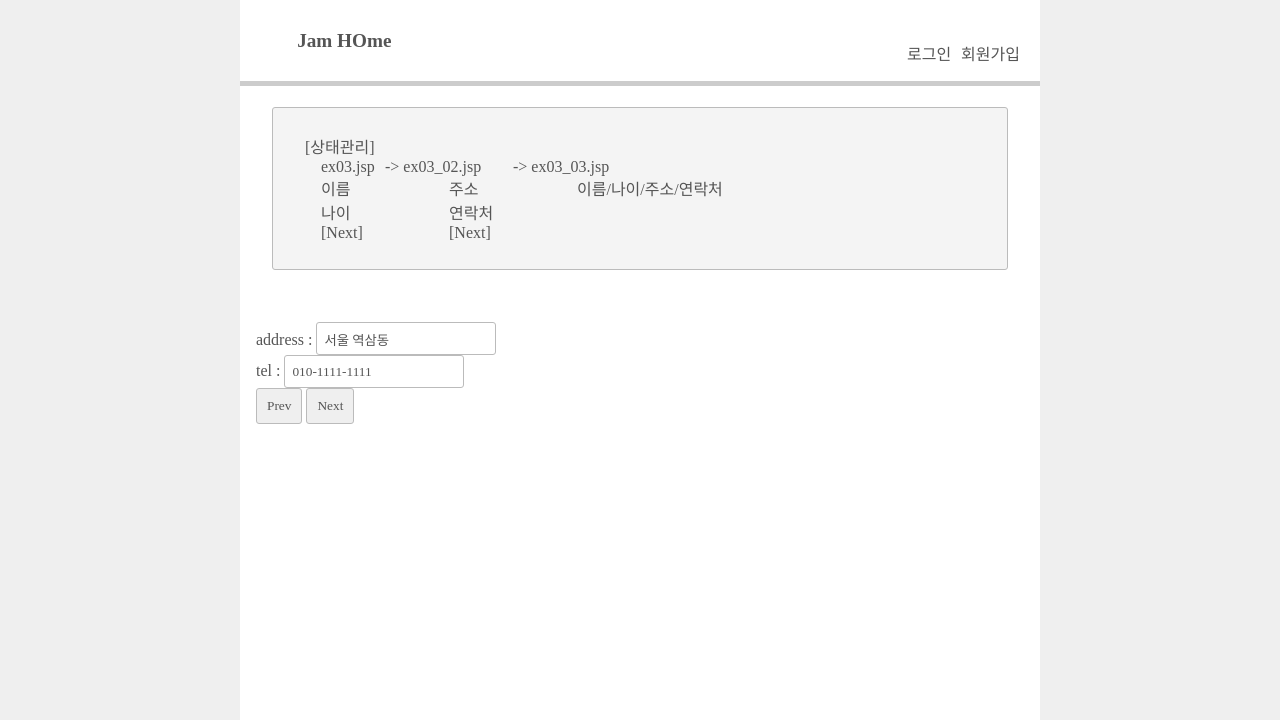
Repository: woals5636/JSPClass
Page: http://localhost/jspPro/days04/ex03_02.jsp
These files come from the project's save history. The page is drawn as it stood at one moment and after the next save; the edit follows.
The browser window is 1280 px wide. The pictures show the whole page.
Some web fonts or font styles are not loaded; a fallback is used. The page is served by Tomcat 9.

Above is the page before, as saved 2024-10-18 06:16:28.

After the next save:
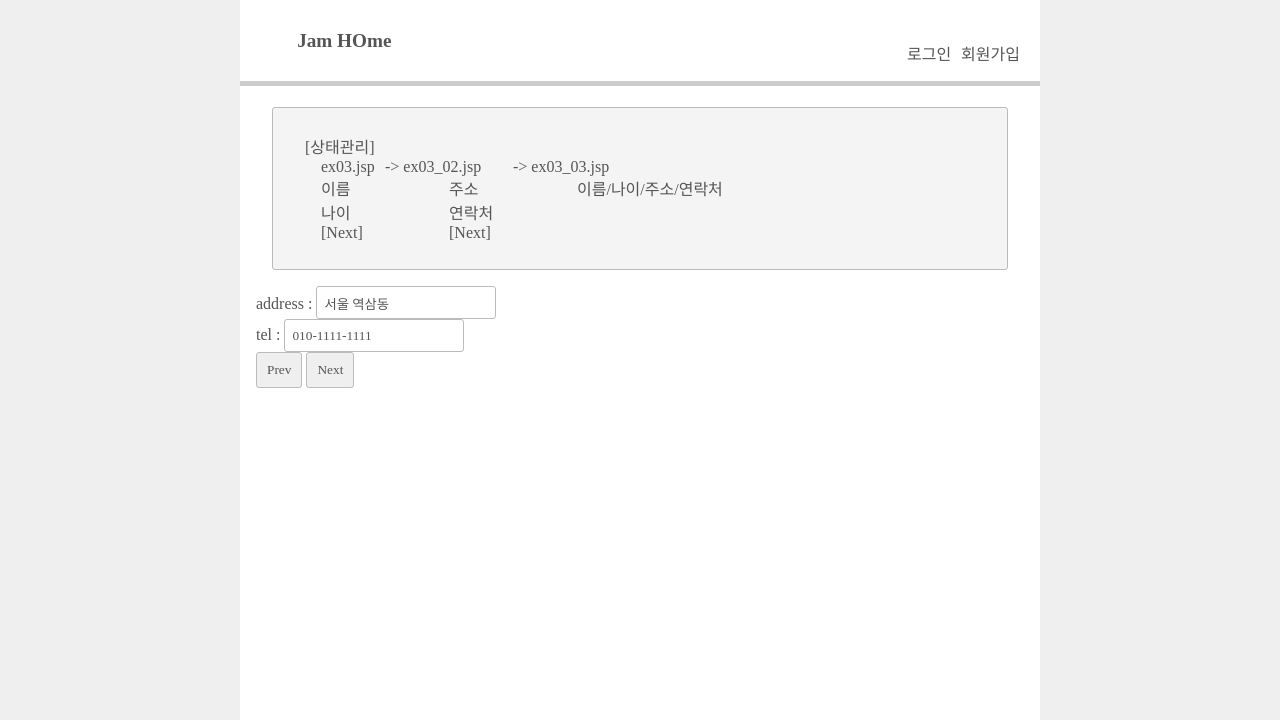
Saved 15 s later.
--- a/jspPro/src/main/webapp/days04/ex03_02.jsp
+++ b/jspPro/src/main/webapp/days04/ex03_02.jsp
@@ -40,12 +40,12 @@
   %>
 
   <form action="ex03_03.jsp">
-  	<input type="hidden" name="name" value="<%= name %>"><br>
-  	<input type="hidden" name="age" value="<%= age %>"><br>
   	address : <input type="text" name="address" value="서울 역삼동"><br>
   	tel : <input type="text" name="tel" value="010-1111-1111"><br>
   	<input type="button" value="Prev" onclick="history.back()">
   	<input type="submit" value="Next">
+  	<input type="hidden" name="name" value="<%= name %>">
+  	<input type="hidden" name="age" value="<%= age %>">
   </form>
 
 </div>
